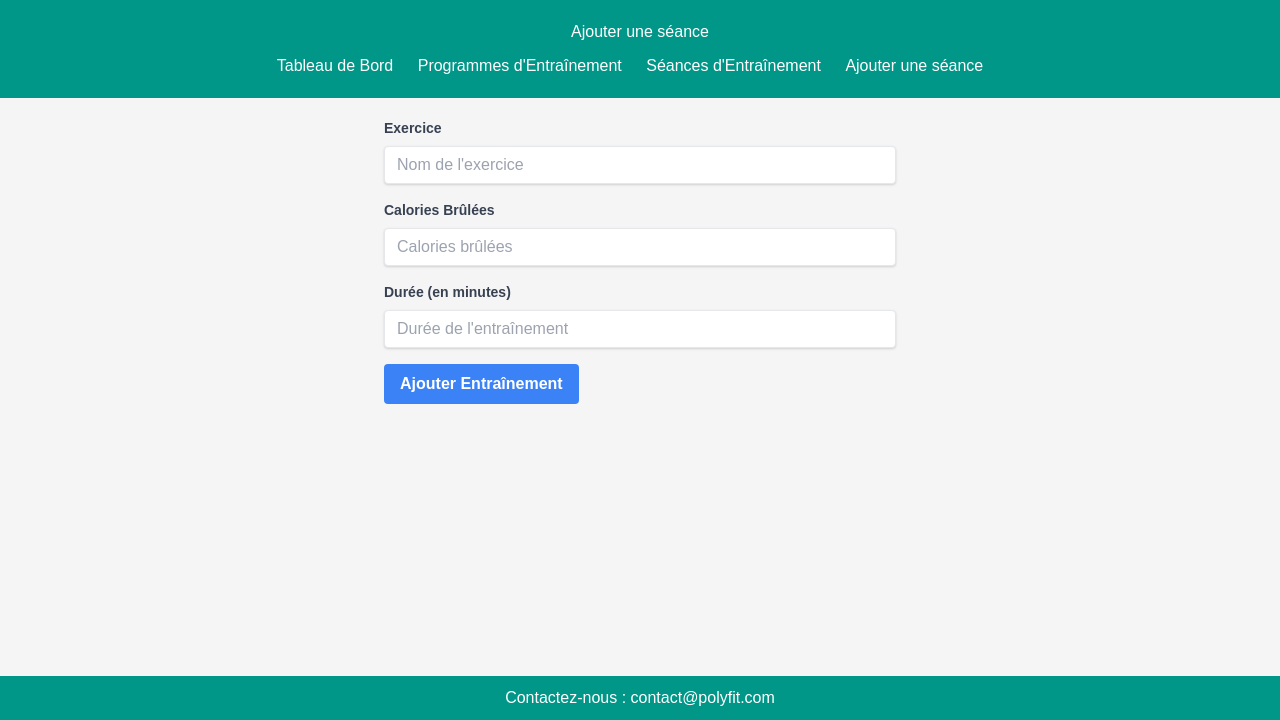
Repository: rimessouabni/polyfit
Page: src/main/resources/static/AddWorkout.html
An editor plug-in stored every save of this project. The page is shown before and after the next save, followed by the edit.
The browser window is 1280 px wide. The pictures show the whole page.

Above is the page before, as saved 2024-03-18 15:40:14.

After the next save:
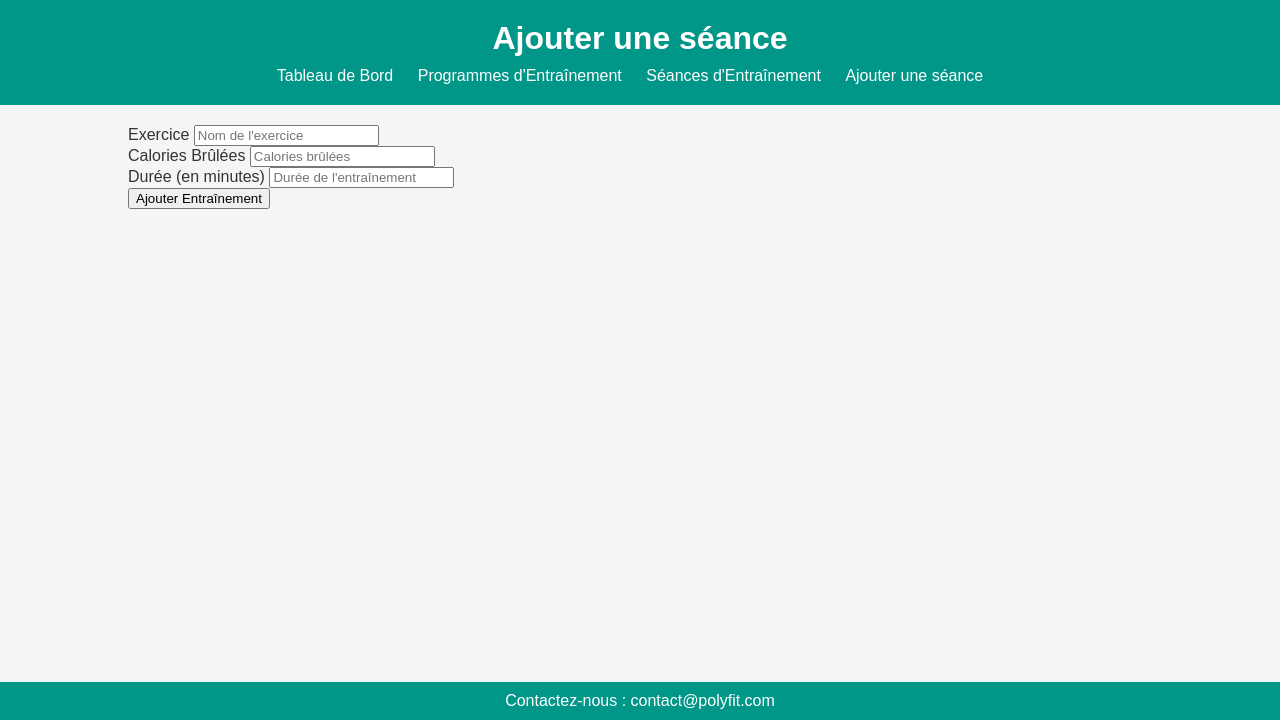
Saved 5 s later.
--- a/src/main/resources/static/AddWorkout.html
+++ b/src/main/resources/static/AddWorkout.html
@@ -4,7 +4,7 @@
     <meta charset="UTF-8">
     <meta name="viewport" content="width=device-width, initial-scale=1.0">
     <title>PolyFit - Ajouter séance</title>
-    <link href="https://cdn.jsdelivr.net/npm/tailwindcss@2.2.19/dist/tailwind.min.css" rel="stylesheet">
+    <!-- <link href="https://cdn.jsdelivr.net/npm/tailwindcss@2.2.19/dist/tailwind.min.css" rel="stylesheet"> -->
     <link rel="stylesheet" href="styles.css">
 </head>
 <body>

After the save that followed:
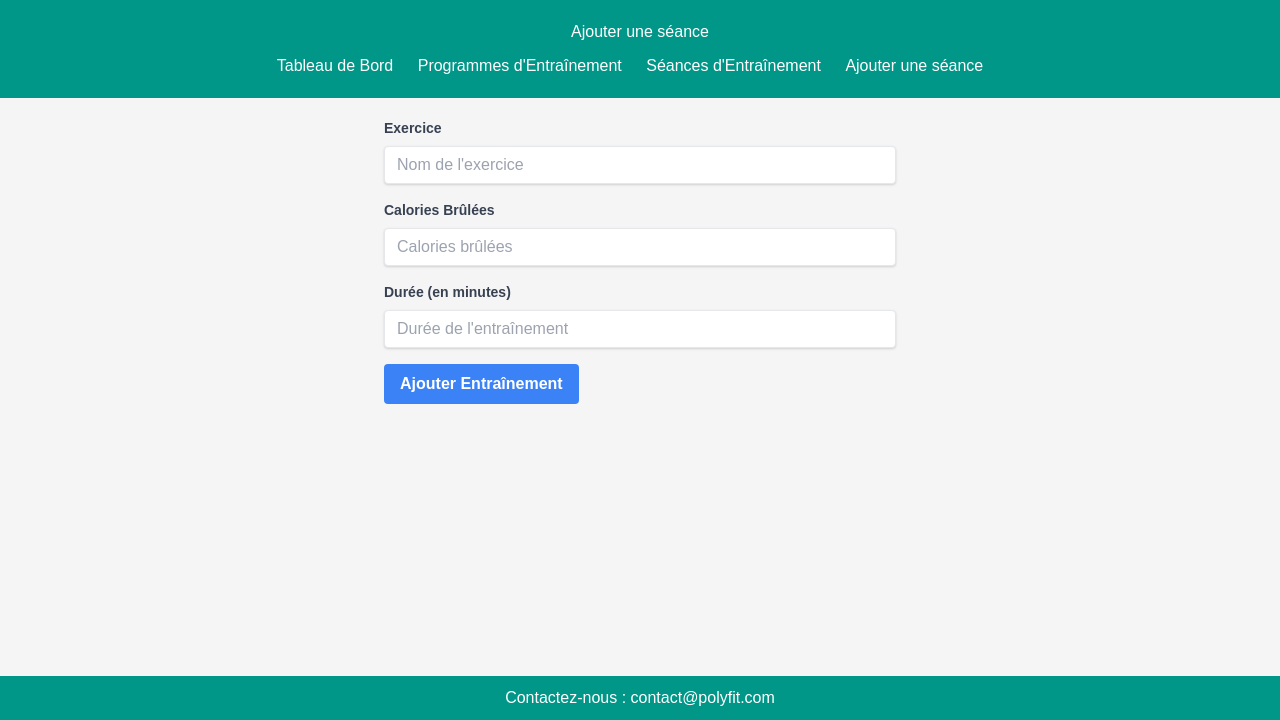
Saved 38 s later.
--- a/src/main/resources/static/AddWorkout.html
+++ b/src/main/resources/static/AddWorkout.html
@@ -4,7 +4,7 @@
     <meta charset="UTF-8">
     <meta name="viewport" content="width=device-width, initial-scale=1.0">
     <title>PolyFit - Ajouter séance</title>
-    <!-- <link href="https://cdn.jsdelivr.net/npm/tailwindcss@2.2.19/dist/tailwind.min.css" rel="stylesheet"> -->
+    <link href="https://cdn.jsdelivr.net/npm/tailwindcss@2.2.19/dist/tailwind.min.css" rel="stylesheet">
     <link rel="stylesheet" href="styles.css">
 </head>
 <body>
